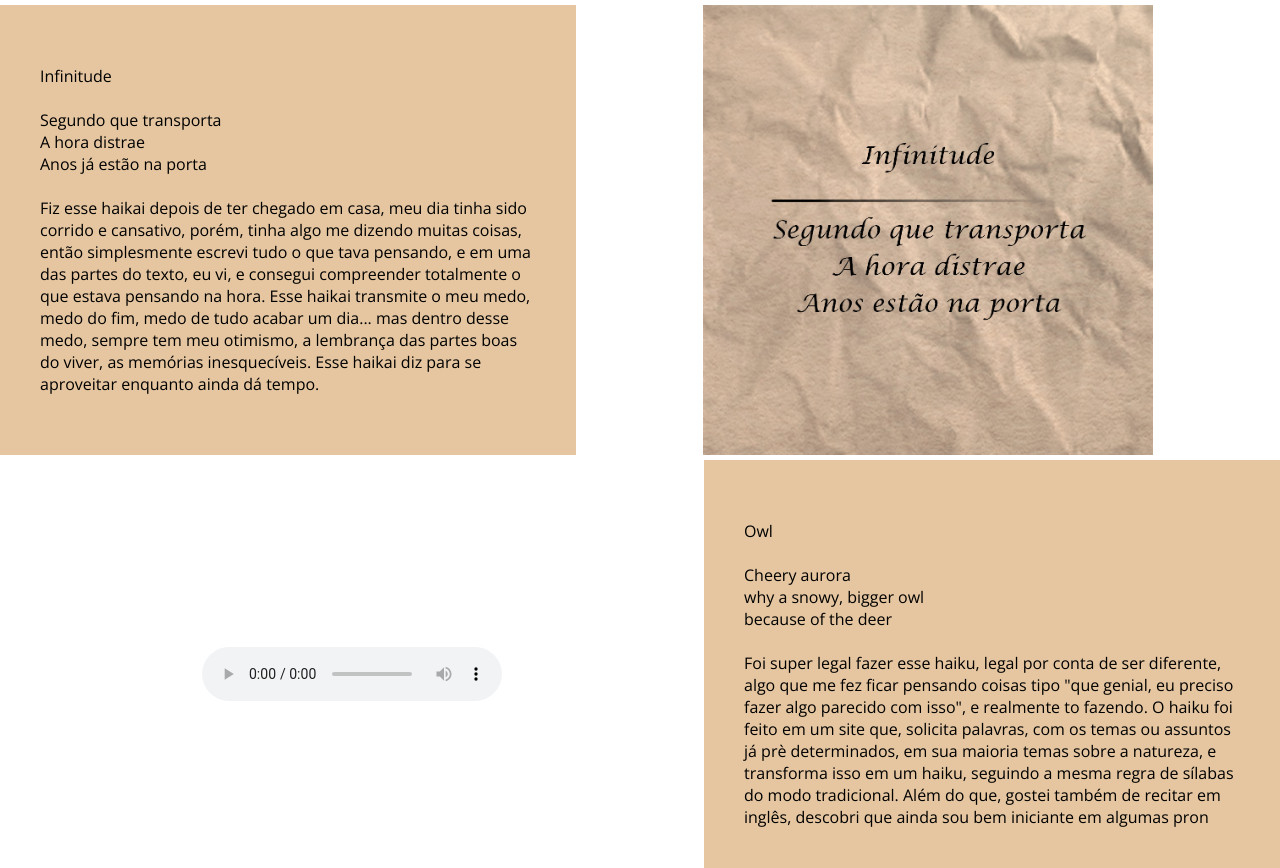
Repository: NewMatheusED/portfolio-linguagens
Page: index.html
These files come from the project's save history. The page is drawn as it stood at one moment and after a run of saves; the edit follows.
The browser window is 1280 px wide. The pictures show the part of the page from y = 1212 to 2080 px (the page is 2388 px tall before and 2410 px after).
A picture or video elsewhere on the page could not be fetched, so the positions and the page height are approximate.

Above is the page before, as saved 2022-11-20 09:50:37.

After the next 2 saves:
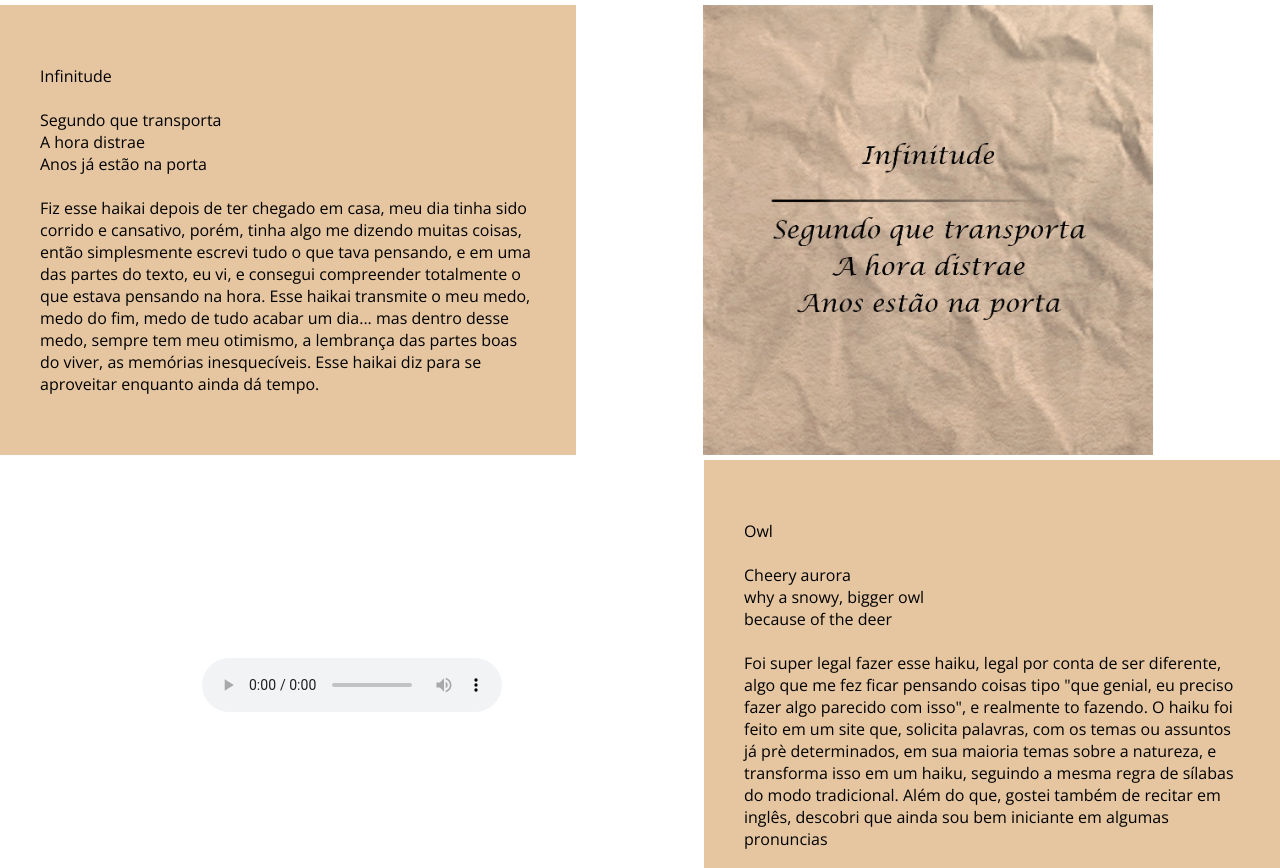
The 2 saves are shown as one change because they came seconds apart.
The last was saved 7 s later.
--- a/index.html
+++ b/index.html
@@ -83,7 +83,7 @@
                         Cheery aurora<br>
                         why a snowy, bigger owl<br>
                         because of the deer<br><br>
-                    Foi super legal fazer esse haiku, legal por conta de ser diferente, algo que me fez ficar pensando coisas tipo "que genial, eu preciso fazer algo parecido com isso", e realmente to fazendo. O haiku foi feito em um site que, solicita palavras, com os temas ou assuntos já prè determinados, em sua maioria temas sobre a natureza, e transforma isso em um haiku, seguindo a mesma regra de sílabas do modo tradicional. Além do que, gostei também de recitar em inglês, descobri que ainda sou bem iniciante em algumas pron</p>
+                    Foi super legal fazer esse haiku, legal por conta de ser diferente, algo que me fez ficar pensando coisas tipo "que genial, eu preciso fazer algo parecido com isso", e realmente to fazendo. O haiku foi feito em um site que, solicita palavras, com os temas ou assuntos já prè determinados, em sua maioria temas sobre a natureza, e transforma isso em um haiku, seguindo a mesma regra de sílabas do modo tradicional. Além do que, gostei também de recitar em inglês, descobri que ainda sou bem iniciante em algumas pronuncias </p>
                 </div><!--item-2-mosaico-->
             </div><!--flex-mosaico-->
         </div><!--container-->
